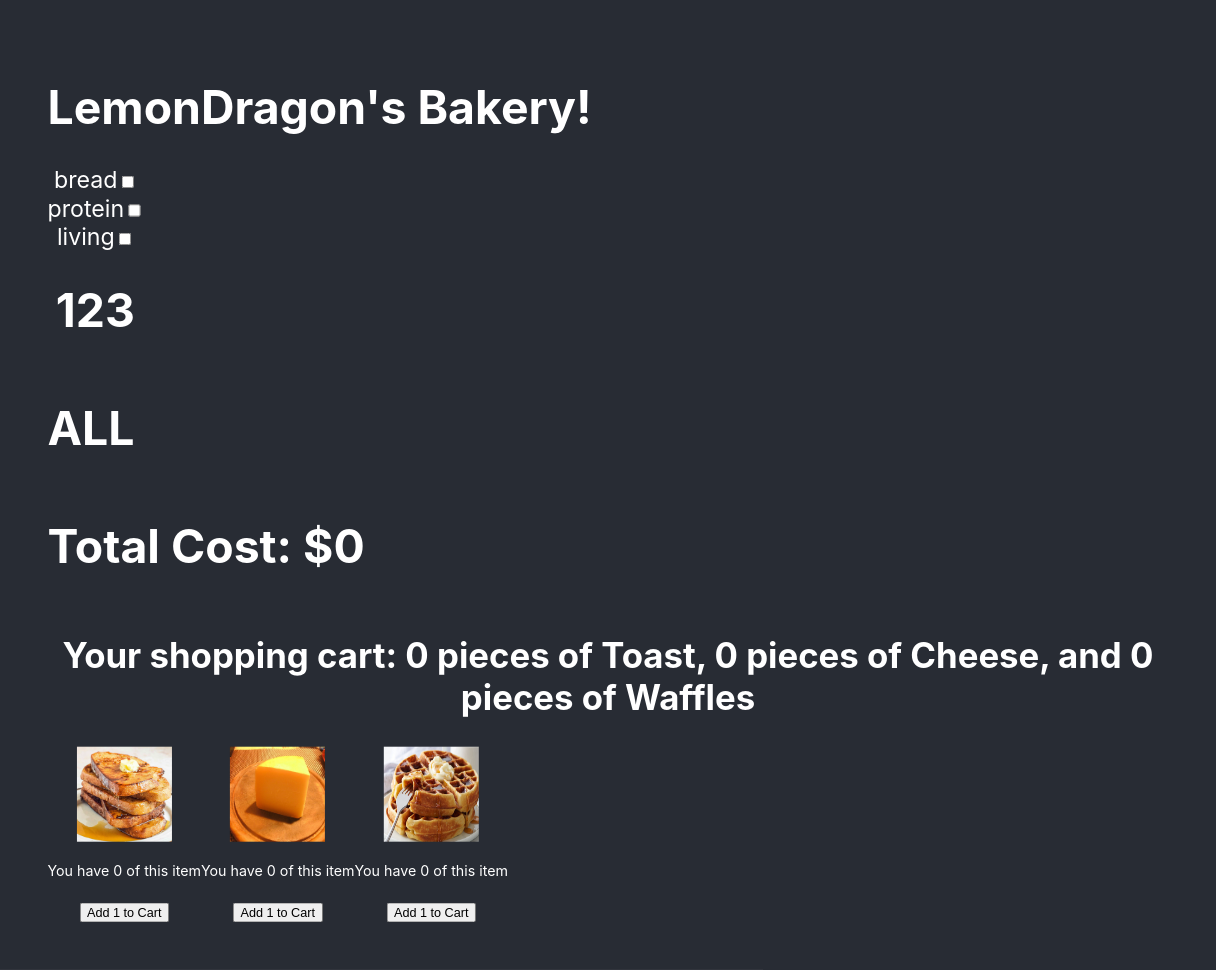
Repository: happydragon200/development
Page: /
These files come from the project's save history. The page is drawn as it stood at one moment and after the next save; the edit follows.
The browser window is 1280 px wide. The pictures show the whole page, at 95% of full size.
The project was rebuilt for these pictures with package versions that can differ from the ones it lists, and the page was loaded fresh each time.

Above is the page before, as saved 2022-12-02 01:10:47.

### src/App.js
import React, { useState } from 'react'
import baguette from './images/baguette.jpg'
import toast from './images/toast.png'
import cheese from './images/cheese.jpg'
import waffle from './images/waffle.jpg'
import Container from 'react-bootstrap/Container'
import Nav from 'react-bootstrap/Nav'
import Navbar from 'react-bootstrap/Navbar'
import NavDropdown from 'react-bootstrap/NavDropdown'
import './App.css'

function App() {
  return (
    <div>
      <div className="App">
        <header className="App-header">
          <h1>LemonDragon's Bakery!</h1>
          <Menu />
        </header>
      </div>
    </div>
  )
}

function FilterBar() {
  // const { p1, p2 } = props

  const [selected, changeSelected] = useState([1, 2, 3])

  const breadButton = FilterButton(selected, changeSelected, 'bread')
  const proteinButton = FilterButton(selected, changeSelected, 'protein')
  const livingButton = FilterButton(selected, changeSelected, 'living')

  const buttons = [breadButton, proteinButton, livingButton]

  return (
    <div>
      {buttons}
      <h1>{selected}</h1>
    </div>
  )
}

function FilterButton(selected, changeSelected, tag) {
  // const { selected, changeSelected, tag } = props
  console.log('hmm')
  console.log(selected)

  const clickChange = () => {
    console.log('The checkbox was toggled')
    if (selected.includes(tag)) {
      // const new_selected = selected.remove(tag)

      var new_selected = selected.filter(function (value, index, arr) {
        return value !== tag
      })
      changeSelected(new_selected)
    } else {
      const new_selected = [...selected]
      new_selected.push(tag)
      console.log(new_selected)
      changeSelected(new_selected)
    }
  }

  const man = true

  return (
    <div>
      {tag}
      <input
        type="checkbox"
        id="topping"
        name="topping"
        value="Paneer"
        // checked={man}
        onChange={clickChange}
      />
    </div>
  )
}

function Menu() {
  const [toast_count, toast_setcount] = useState(0)
  const [cheese_count, cheese_setcount] = useState(0)
  const [waffle_count, waffle_setcount] = useState(0)

  const toast_price = 5
  const cheese_price = 10
  const waffle_price = 100

  const [type, setType] = useState('ALL')

  var foods = [
    {
      name: 'toast',
      type: 'bread',
      price: 5,
      img: { toast },
      count: { toast_count },
    },
    {
      name: 'cheese',
      type: 'protein',
      price: 10,
      img: { cheese },
      count: { cheese_count },
    },
    {
      name: 'waffle',
      type: 'bread',
      price: 100,
      img: { waffle },
      count: { waffle_count },
    },
  ]

  return (
    <>
      <FilterBar />
      <h1>{type}</h1>
      <h1>
        Total Cost: $
        {toast_count * toast_price +
          cheese_count * cheese_price +
          waffle_count * waffle_price}
      </h1>
      <h2>
        Your shopping cart: {toast_count} pieces of Toast, {cheese_count} pieces
        of Cheese, and {waffle_count} pieces of Waffles
      </h2>

      <div className="flex-parent">
        <BakeryItem
          className="inline"
          img={toast}
          count={toast_count}
          setCount={toast_setcount}
        />
        <BakeryItem
          className="inline"
          img={cheese}
          count={cheese_count}
          setCount={cheese_setcount}
        />
        <BakeryItem
          className="inline"
          img={waffle}
          count={waffle_count}
          setCount={waffle_setcount}
        />
      </div>

      {/* <FilterBar
      p1={p1}
      p2={p2}
      /> */}
    </>
  )
}

function BakeryItem(prop) {
  const { img, count, setCount } = prop

  return (
    <div>
      <img src={img} className="Item-small" />
      <p className="smull">You have {count} of this item</p>
      <button onClick={() => setCount(count + 1)}>Add 1 to Cart</button>

      {count > 0 && (
        <button onClick={() => setCount(count - 1)}>Remove 1 from Cart</button>
      )}
    </div>
  )
}

export default App

### src/App.css
.App {
  text-align: center;
}

.App-logo {
  height: 40vmin;
  pointer-events: none;
}

@media (prefers-reduced-motion: no-preference) {
  .App-logo {
    animation: App-logo-spin infinite 20s linear;
  }
}

.App-header {
  background-color: #282c34;
  min-height: 100vh;
  display: flex;
  flex-direction: column;
  align-items: flex-start;
  justify-content: flex-start;
  font-size: calc(10px + 2vmin);
  padding: 50px 50px 50px 50px;
  color: white;
}

.App-link {
  color: #61dafb;
}

.Item-small {
  height: 100px;
  width: 100px;
}

.inline {
  justify-content: space-around;
}

.flex-parent {
  display: flex;
  justify-content: space-around;

}

.smull {
  font-size: 15px;
}

@keyframes App-logo-spin {
  from {
    transform: rotate(0deg);
  }
  to {
    transform: rotate(360deg);
  }
}

Loaded but not shown: public/index.html (common file); src/index.js (common file); src/index.css (common file)

After the next save:
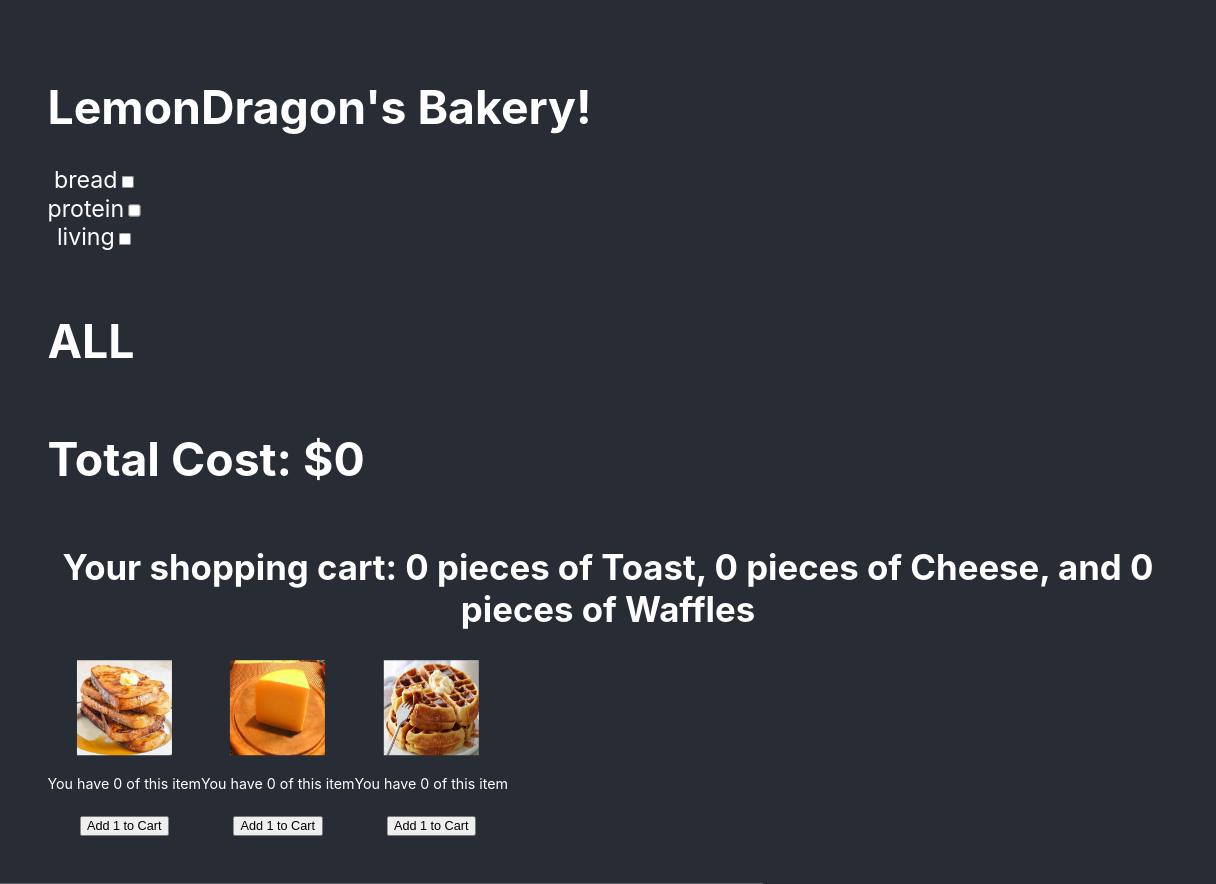
Saved 20 s later.
--- a/src/App.js
+++ b/src/App.js
@@ -25,7 +25,7 @@ function App() {
 function FilterBar() {
   // const { p1, p2 } = props
 
-  const [selected, changeSelected] = useState([1, 2, 3])
+  const [selected, changeSelected] = useState([])
 
   const breadButton = FilterButton(selected, changeSelected, 'bread')
   const proteinButton = FilterButton(selected, changeSelected, 'protein')
